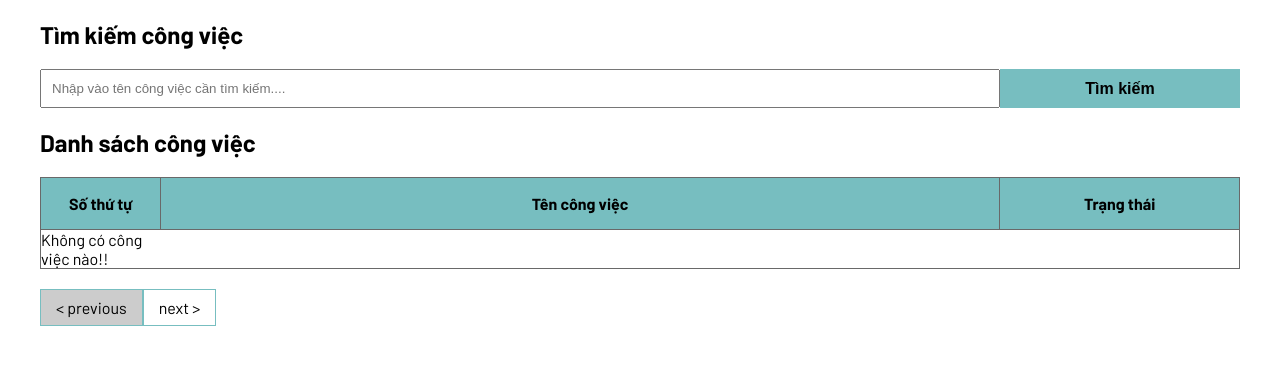
Repository: OkazakiTruong/searchReact
Page: /
The author's editor kept a copy of each file at every save. The page is drawn from the files as they stood at one save, then again after the next save.
The browser window is 1280 px wide. The pictures show the whole page.
The page's requests for data from a server got no answer. The project was rebuilt for these pictures with package versions that can differ from the ones it lists, and the page was loaded fresh each time. No one was signed in, and anything a server would have sent is missing. Also part of the build but not shown: vite.config.js.

Above is the page before, as saved 2024-01-13 23:02:08.

### src/App.jsx
import React from "react";
import { SearchAppContainer } from "./SearchApp/SearchAppContainer";

export const App = () => {
  return (
    <div className="app">
      <SearchAppContainer />
    </div>
  );
};

### src/index.css
@import url("https://fonts.googleapis.com");
@import url("https://fonts.gstatic.com");
@import url("https://fonts.googleapis.com/css2?family=Barlow:ital,wght@0,100;0,200;0,300;0,400;0,500;0,600;0,700;0,800;0,900;1,100;1,200;1,300;1,400;1,500;1,600;1,700;1,800;1,900&display=swap");

* {
  padding: 0;
  margin: 0;
  box-sizing: border-box;
}

body {
  font-family: "Barlow", sans-serif;
}
ul,
li {
  list-style: none;
}

.app {
  max-width: 1250px;
  padding: 0 25px;
  margin: 0 auto;
}

### src/SearchApp/SearchAppContainer.jsx
import React, { useCallback, useEffect, useState, useRef } from "react";
import { ListTodo } from "./Todo/ListTodo";
import { Search } from "./Search/Search";
import { Pagination } from "./Pagination/Pagination";
import debounce from "lodash.debounce";
export const SearchAppContainer = () => {
  const [todos, setTodos] = useState(null);
  const [todoSearch, setTodosSearch] = useState(null);
  const [totalPage, setTotalPage] = useState(null);
  const [currentPage, setCurrentPage] = useState(1);
  const [filter, setFilter] = useState({
    title_like: "",
  });
  // const debounceDropDown = useRef(
  //   debounce((nextValue) => fetchDropdownOptions(nextValue), 1000)
  // ).current;
  useEffect(() => {
    const params = new URLSearchParams(filter).toString();
    //fetch api
    fetch(
      `https://jsonplaceholder.typicode.com/todos?_page=${currentPage}&_limit=10&${params}`,
      {
        method: "GET",
        headers: {
          "Content-type": "application/json",
        },
      }
    )
      .then((response) => {
        setTotalPage(Math.ceil(+response.headers.get("x-total-count") / 10));
        return response.json();
      })
      .then((data) => {
        console.log(data);
        setTodos(data);
      });
  }, [currentPage, filter]);
  const handlePageClick = (event) => {
    setCurrentPage(++event.selected);
  };
  const handleSearch = (event) => {
    const dataSearch = event.target.value;
    setFilter({ ...filter, title_like: `${dataSearch}` });
  };
  return (
    <div>
      <Search todos={todos} handleSearch={handleSearch} />
      <ListTodo todos={todos} />
      <Pagination totalPage={totalPage} handlePageClick={handlePageClick} />
    </div>
  );
};

### src/SearchApp/Todo/ListTodo.jsx
import React from "react";
import "./listTodo.css";

export const ListTodo = ({ todos }) => {
  return (
    <>
      <h2>Danh sách công việc</h2>
      <table>
        <tbody>
          <tr>
            <th className="numerical-order">Số thứ tự</th>
            <th className="todo-name">Tên công việc</th>
            <th className="status">Trạng thái</th>
          </tr>
          {!todos
            ? "Không có công việc nào!!"
            : todos.map((todo, index) => (
                <tr key={todo.id}>
                  <td className="numeric-order">{todo.id}</td>
                  <td>{todo.title}</td>
                  <td>
                    {todo.completed ? "Đã hoàn thành" : "Chưa hoàn thành"}
                  </td>
                </tr>
              ))}
        </tbody>
      </table>
    </>
  );
};

### src/SearchApp/Search/Search.jsx
import React, { useEffect, useRef } from "react";
import "./Search.css";

export const Search = ({ todos, handleSearch }) => {
  const suggestRef = useRef(null);
  const inputRef = useRef(null);
  const searchContainerRef = useRef(null);
  const handleFocus = () => {
    console.log(suggestRef.current);
    suggestRef.current.classList.add("active");
  };
  const handleClickOutside = (event) => {
    const { target } = event;
    if (!searchContainerRef.current.contains(target)) {
      suggestRef.current.classList.remove("active");
    }
  };
  useEffect(() => {
    document.addEventListener("click", handleClickOutside);
  });
  return (
    <div className="search-container" ref={searchContainerRef}>
      <h2>Tìm kiếm công việc</h2>
      <form action="#">
        <div className="search-bar">
          <input
            type="text"
            placeholder="Nhập vào tên công việc cần tìm kiếm...."
            onFocus={handleFocus}
            ref={inputRef}
            onChange={(e) => {
              handleSearch(e);
            }}
          />
          <button>Tìm kiếm</button>
        </div>
      </form>
      <div className="search-suggest" ref={suggestRef}>
        {todos === null
          ? "Không có todo nào"
          : todos?.map((todo) => {
              return (
                <p
                  className="todo-search-suggest"
                  key={todo.id}
                  onClick={(e) => {
                    console.log(e.target.innerText);
                    inputRef.current.value += " " + e.target.innerText;
                  }}
                >
                  {todo.title}
                </p>
              );
            })}
      </div>
    </div>
  );
};

### src/SearchApp/Pagination/Pagination.jsx
import React from "react";
import ReactPaginate from "react-paginate";
import "./pagination.css";

export const Pagination = ({ totalPage, handlePageClick }) => {
  return (
    <div className="pagination-container">
      <ReactPaginate
        nextLabel="next >"
        onPageChange={handlePageClick}
        pageRangeDisplayed={3}
        marginPagesDisplayed={2}
        pageCount={totalPage}
        previousLabel="< previous"
        pageClassName="page-item"
        pageLinkClassName="page-link"
        previousClassName="page-item"
        previousLinkClassName="page-link"
        nextClassName="page-item"
        nextLinkClassName="page-link"
        breakLabel="..."
        breakClassName="page-item"
        breakLinkClassName="page-link"
        containerClassName="pagination"
        activeClassName="active"
        renderOnZeroPageCount={null}
      />
    </div>
  );
};

### src/SearchApp/Todo/listTodo.css
table {
  width: 100%;
}
table,
th,
td {
  border: 1px solid #696969;
  border-collapse: collapse;
}
th,
td {
  padding: 16px;
}
th {
  background-color: #77bec0;
}
th.todo-name {
  width: 70%;
}
th.numeric-order {
  width: 10%;
}
th.status {
  width: 20%;
}
td.numeric-order {
  text-align: center;
}
h2 {
  margin-bottom: 20px;
}

### src/SearchApp/Search/Search.css
input {
  width: 80%;
  padding: 10px;
}
button {
  width: 20%;
  cursor: pointer;
  background-color: #77bec0;
  border: #77bec0;
  font-weight: 600;
  font-size: 16px;
}
.search-container {
  margin: 20px 0;
  position: relative;
}
.search-bar {
  display: flex;
  width: 100%;
}
.search-suggest {
  border: 1px solid #77bec0;
  position: absolute;
  width: 80%;
  height: 200px;
  background-color: white;
  padding: 10px 0 10px 0;
  overflow: auto;
  visibility: hidden;
}
.search-suggest.active {
  visibility: visible;
  background-color: white;
}
.search-suggest::-webkit-scrollbar-track {
  -webkit-box-shadow: inset 0 0 6px rgba(0, 0, 0, 0.3);
  background-color: #f5f5f5;
}
.search-suggest::-webkit-scrollbar {
  width: 4px;
  background-color: #f5f5f5;
}
.search-suggest::-webkit-scrollbar-thumb {
  background-color: #579092;
  border: 2px solid #579092;
}

.todo-search-suggest {
  padding: 10px;
}
.todo-search-suggest:hover {
  background-color: #ccc;
  cursor: pointer;
}

### src/SearchApp/Pagination/pagination.css
.pagination-container {
  margin: 20px 0 !important;
}
.pagination {
  display: flex;
}
.pagination .page-link {
  border: 1px solid #77bec0;
  display: block;
  padding: 8px 15px;
  cursor: pointer;
  user-select: none;
}

.pagination .page-link:hover {
  background-color: #e4e4e4;
}

.active {
  background-color: #77bec0;
}

.disabled {
  background-color: #ccc;
  cursor: not-allowed;
}

Loaded but not shown: index.html (common file); src/main.jsx (common file)

After the next save:
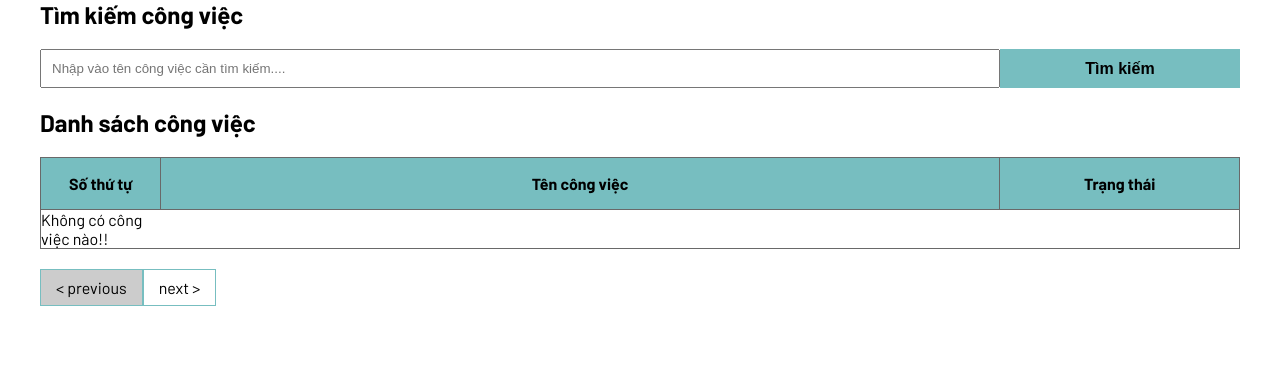
Saved 63 s later.
--- a/src/SearchApp/Search/Search.jsx
+++ b/src/SearchApp/Search/Search.jsx
@@ -19,40 +19,42 @@ export const Search = ({ todos, handleSearch }) => {
     document.addEventListener("click", handleClickOutside);
   });
   return (
-    <div className="search-container" ref={searchContainerRef}>
+    <>
       <h2>Tìm kiếm công việc</h2>
-      <form action="#">
-        <div className="search-bar">
-          <input
-            type="text"
-            placeholder="Nhập vào tên công việc cần tìm kiếm...."
-            onFocus={handleFocus}
-            ref={inputRef}
-            onChange={(e) => {
-              handleSearch(e);
-            }}
-          />
-          <button>Tìm kiếm</button>
+      <div className="search-container" ref={searchContainerRef}>
+        <form action="#">
+          <div className="search-bar">
+            <input
+              type="text"
+              placeholder="Nhập vào tên công việc cần tìm kiếm...."
+              onFocus={handleFocus}
+              ref={inputRef}
+              onChange={(e) => {
+                handleSearch(e);
+              }}
+            />
+            <button>Tìm kiếm</button>
+          </div>
+        </form>
+        <div className="search-suggest" ref={suggestRef}>
+          {todos === null
+            ? "Không có todo nào"
+            : todos?.map((todo) => {
+                return (
+                  <p
+                    className="todo-search-suggest"
+                    key={todo.id}
+                    onClick={(e) => {
+                      console.log(e.target.innerText);
+                      inputRef.current.value += " " + e.target.innerText;
+                    }}
+                  >
+                    {todo.title}
+                  </p>
+                );
+              })}
         </div>
-      </form>
-      <div className="search-suggest" ref={suggestRef}>
-        {todos === null
-          ? "Không có todo nào"
-          : todos?.map((todo) => {
-              return (
-                <p
-                  className="todo-search-suggest"
-                  key={todo.id}
-                  onClick={(e) => {
-                    console.log(e.target.innerText);
-                    inputRef.current.value += " " + e.target.innerText;
-                  }}
-                >
-                  {todo.title}
-                </p>
-              );
-            })}
       </div>
-    </div>
+    </>
   );
 };
